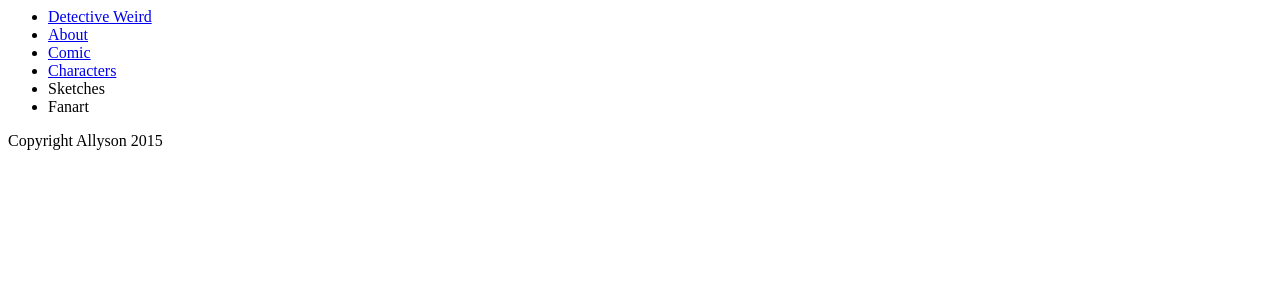
Repository: Prinnyoverlordally/detectiveweird.github.io
Page: _includes/footer.html
The author's editor kept a record of every edit. The page is drawn from the files as they stood at one moment, then again after the next edit.
The browser window is 1280 px wide. The pictures show the whole page.

Above is the page before.

After the next edit:
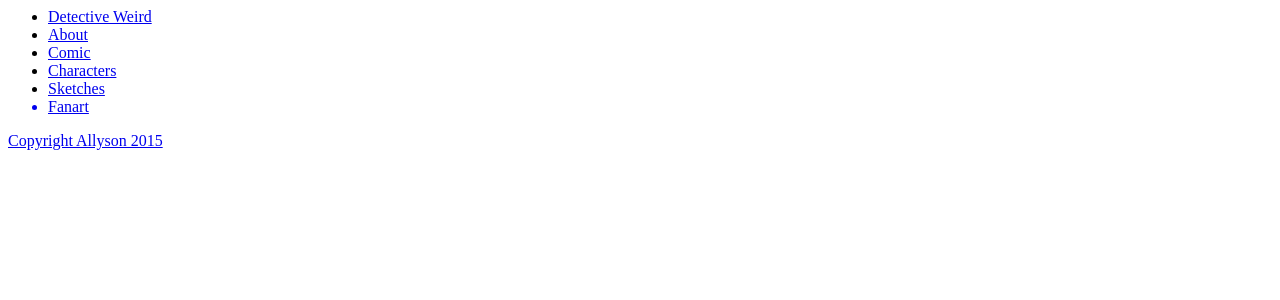
The edit:
--- a/_includes/footer.html
+++ b/_includes/footer.html
@@ -12,7 +12,7 @@
         <a href="/characters/">Characters</a>
     </li>
     <li>
-        Sketches
+        <a href="/">Sketches
     </li>
     <li>
         Fanart
